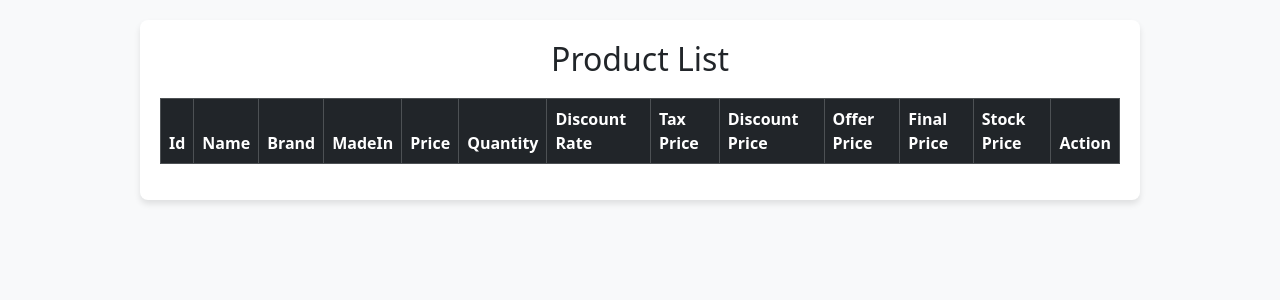
Repository: shiva2490/Project1
Page: http://localhost/product-list
These files come from the project's save history. The page is drawn as it stood at one moment and after the next save; the edit follows.
The browser window is 1280 px wide. The pictures show the whole page.
The page is this project's Thymeleaf template; nobody is signed in. The template is opened directly, without the code that normally fills it, so the values that code supplies are empty.

Above is the page before, as saved 2024-12-23 06:40:13.

After the next save:
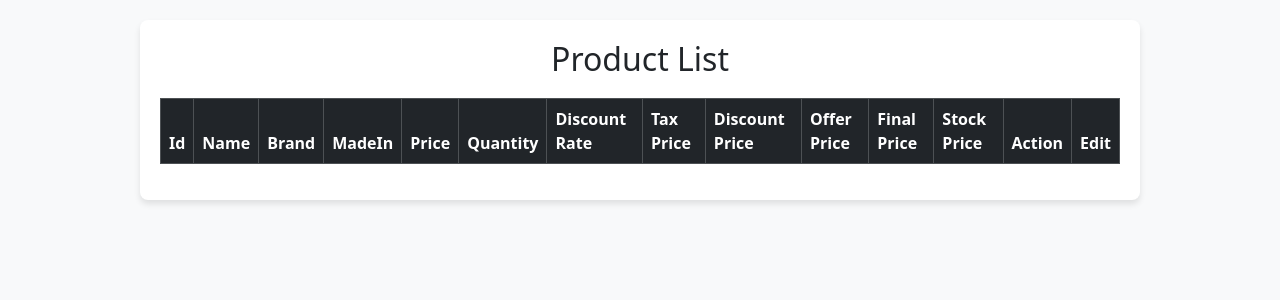
Saved 2 min 38 s later.
--- a/springbootmvc-product/src/main/resources/templates/product-list.html
+++ b/springbootmvc-product/src/main/resources/templates/product-list.html
@@ -47,6 +47,7 @@
                     <th>Final Price</th>
                     <th>Stock Price</th>
                     <th>Action</th>
+					<th>Edit</th>
                 </tr>
             </thead>
             <tbody>
